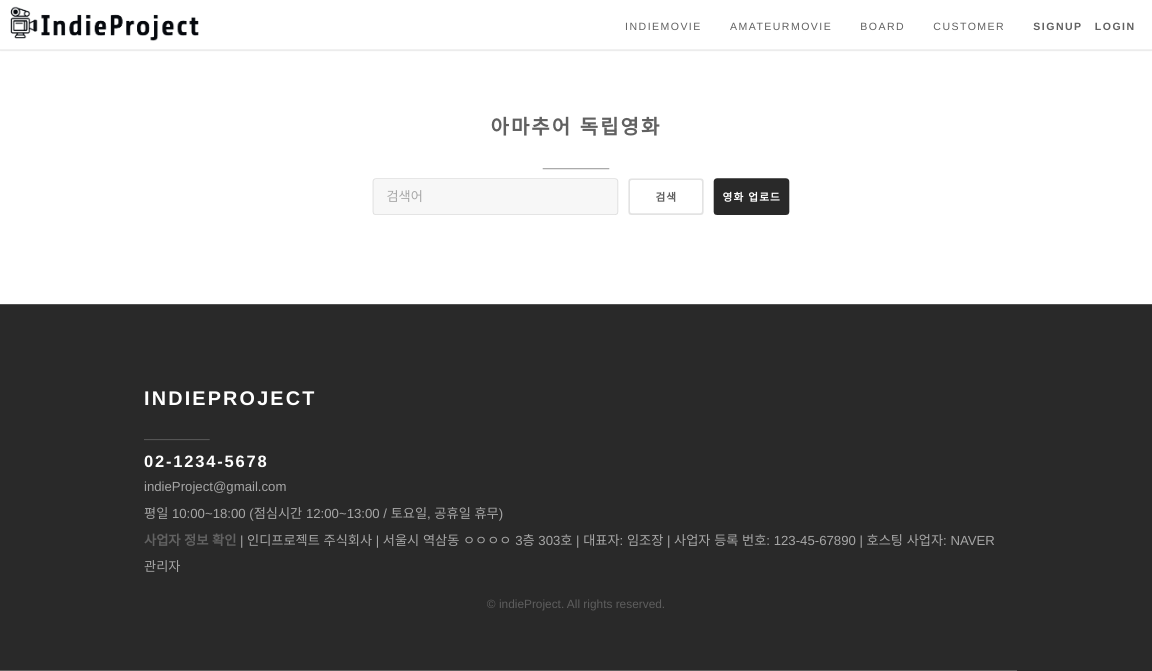
Repository: Heekng/indieProject
Page: http://localhost/indieProject/app/amaMovie/amaMovie.jsp
These files come from the project's save history. The page is drawn as it stood at one moment and after the next save; the edit follows.
The browser window is 1280 px wide. The pictures show the whole page, at 90% of full size.
Some web fonts or font styles are not loaded; a fallback is used. Some web libraries are served in a nearby version. The page is served by Tomcat 9. Other server files are loaded and not shown. The template is opened directly, without the code that normally fills it, so the values that code supplies are empty.

Above is the page before, as saved 2021-04-14 05:18:06.
Console error: SyntaxError: Unexpected token ';'

### indieProject/WebContent/app/amaMovie/amaMovie.jsp
<%@ page language="java" contentType="text/html; charset=UTF-8"
	pageEncoding="UTF-8"%>
<%@ taglib uri="http://java.sun.com/jsp/jstl/core" prefix="c" %>
<%@ taglib uri="http://java.sun.com/jsp/jstl/functions" prefix="fn" %>
<!DOCTYPE html>
<!--
	Gravity by Pixelarity
	pixelarity.com | hello@pixelarity.com
	License: pixelarity.com/license
-->
<html>
<head>
<title>indieProject</title>
<meta charset="utf-8" />
<meta name="viewport"
	content="width=device-width, initial-scale=1, user-scalable=no" />
<link rel="stylesheet" href="${pageContext.request.contextPath}/assets/css/main.css" />
</head>
<!-- 슬라이드 css -->
<link rel="stylesheet"
	href="https://unpkg.com/swiper@6.5.0/swiper-bundle.min.css">
<link rel="stylesheet"
	href="${pageContext.request.contextPath}/assets/css/amaMovie.css">
<body class="is-preload">
	<script>
		var movieJson = ${movieJson};
		var contextPath = "${pageContext.request.contextPath}";
	</script>
	<!-- Header -->
	<jsp:include page="${pageContext.request.contextPath}/../header.jsp" />

	<!-- Main -->
	<section id="main">
		<div class="container">
			<header class="major">
				<h2>아마추어 독립영화</h2>
			</header>

			<!-- 검색창 -->
			<form method="post" action="#">
				<div class="row gtr-uniform gtr-50">
					<div class="row gtr-uniform gtr-50 searchZone">
						<div class="col-6 col-12-small oneLine2">
							<input type="text" name="name" id="name" value=""
								placeholder="검색어" />
						</div>
						<div class="col-3 col-6-large col-12-medium searchBtn">
							<ul class="actions stacked">
								<li><a href="#" class="button alt small fit">검색</a></li>
							</ul>
						</div>
						<div class="col-3 col-6-large col-12-medium searchBtn">
							<ul class="actions stacked">
								<li><a href="${pageContext.request.contextPath}/amaMovie/movieWrite.ama" style="padding:0 0;" class="button  small fit">영화 업로드</a></li>
							</ul>
						</div>
					</div>
				</div>
			</form>
			<!-- Content -->
			<section id="content">
				<!-- 영화리스트 이미지 출력 -->
				<div class="row">

				</div>
				<!-- 포스터 이미지 출력 -->
				<!-- <div class="box alt">
					<div style="text-align: left;">
						<b style="font-size:2em;">장르1</b>
					</div>
					<div class="row gtr-50 gtr-uniform"></div>
				</div>
				<div class="swiper-container">
					<div class="swiper-wrapper">

						<div class="swiper-slide">
							<div class="col-poster">
								<div class="image fit posterTag" style="margin-bottom: 4px;">
									<img src="${pageContext.request.contextPath}/images/testImage.jpg" alt=""
										style="border-radius: 10px;" />
									<div id="detailText"
										style="padding: 5px; display: none; position: absolute; top: 0; left: 0; bottom: 0; right: 0; color: white; background-color: rgba(0, 0, 0, 0.69); border-radius: 10px;">
										<div style="height: 65%; text-overflow: ellipsis; line-height: initial; overflow: hidden; font-size: 0.8em; margin: 10px;">
											인피니티워 이후 절반만 살아남은 지구마지막 희망이 된 어벤져스 먼저 떠난 그들을 위해 모든 것을 걸었다! 위대한 어벤져스운명을 바꿀 최후의 전쟁이 펼쳐진다!
										</div>
										<a class="button primary small" href="${pageContext.request.contextPath}/amaMovie/AmaMovieDetail.ama?amaNum=4"
											style="position: absolute; left: 16px; right: 16px; bottom: 16px; height: 38px; line-height: 38px; padding: 0 0;">
											상세보기 <img alt="" src="" title="영화제목">
										</a>
									</div>
								</div>
								<span><strong style="font-size:0.8em;">어벤저스 엔드게임1</strong></span>
							</div>
						</div>

					</div>
					<div class="swiper-button-prev leftBtn moveBtn"></div>
					<div class="swiper-button-next rightBtn moveBtn"></div>
				</div> -->
			</section>
		</div>
	</section>

	<!-- Footer -->
	<jsp:include page="${pageContext.request.contextPath}/../footer.jsp" />

	<!-- Scripts -->
	<script src="//code.jquery.com/jquery-3.5.1.min.js"></script>
	<script src="${pageContext.request.contextPath}/assets/js/jquery.min.js"></script>
	<script src="${pageContext.request.contextPath}/assets/js/jquery.dropotron.min.js"></script>
	<script src="${pageContext.request.contextPath}/assets/js/jquery.poptrox.min.js"></script>
	<script src="${pageContext.request.contextPath}/assets/js/browser.min.js"></script>
	<script src="${pageContext.request.contextPath}/assets/js/breakpoints.min.js"></script>
	<script src="${pageContext.request.contextPath}/assets/js/util.js"></script>
	<script src="${pageContext.request.contextPath}/assets/js/main.js"></script>

	<!-- 슬라이드 js -->
	<script src="https://unpkg.com/swiper@6.5.0/swiper-bundle.min.js"></script>
	<script src="${pageContext.request.contextPath}/assets/js/amaMovie.js"></script>




</body>
</html>

### indieProject/WebContent/header.jsp
<%@ page language="java" contentType="text/html; charset=UTF-8"
    pageEncoding="UTF-8"%>
<%@ taglib uri="http://java.sun.com/jsp/jstl/core" prefix="c" %>
<%@ taglib uri="http://java.sun.com/jsp/jstl/functions" prefix="fn" %>
<!DOCTYPE html>
<html>
<head>
<meta charset="UTF-8">
<script src="${pageContext.request.contextPath}/assets/js/jquery.min.js"></script>
<script>var contextPath = "${pageContext.request.contextPath}";</script>
<title></title>
</head>
<style>
	#logoImage {
		width:233px;
	}
	@media screen and (max-width: 736px) {
		#logoImage {
			width:180px;
		}
	}
</style>
<body>
<c:if test="${session_id ne null}">
		   <script>
		         window.onload = function(){
		        	 var signUp = document.getElementById("signUp");
		             var logIn = document.getElementById("logIn");

		             signUp.href = contextPath + "/member/memberMyPage.me";
		             logIn.href = contextPath + "/member/MemberLogOutAction.me";

	            	var b1 = signUp.children;
	            	var b2 = logIn.children;

	            	b1[0].innerHTML = "MyPage";
	            	b2[0].innerHTML = "LogOut";

	            	console.log(b1);
	            	console.log(b2);

	         }
         </script>
		</c:if>
		<c:if test="${session_id eq null}">
			<script>
				window.onload = function(){

		       	 var signUp = document.getElementById("signUp");
		            var logIn = document.getElementById("logIn");

		            signUp.href = contextPath + "/member/SignUp.me";
		            logIn.href = contextPath + "/member/Login.me";

		       	var b1 = signUp.children;
		       	var b2 = logIn.children;

		       	b1[0].innerHTML = "SignUp";
		       	b2[0].innerHTML = "LogIn";

		        }
			</script>
		</c:if>
	<div id="header">
		<!-- <h1 id="logo"><a href="index.html">Gravity</a></h1> -->
		<div id="logo"><a href="${pageContext.request.contextPath}/index.jsp"><img id="logoImage" style="margin:0 auto;" src="${pageContext.request.contextPath}/images/logo_header.png" /></a></div>
		<nav id="nav">
			<ul>
				<li>
					<a href="${pageContext.request.contextPath}/proMovie/ProMovie.pro">IndieMovie</a>
				</li>
				<li>
					<a href="${pageContext.request.contextPath}/amaMovie/AmaMovie.ama">AmateurMovie</a>
					<%-- <ul>
						<li><a href="${pageContext.request.contextPath}/amaMovie/AmaMovie.ama">영화 조회</a></li>
						<li><a href="${pageContext.request.contextPath}/amaMovie/.ama"></a></li>
					</ul> --%>

				</li>
				<li><a href="${pageContext.request.contextPath}/board/Board.bo">Board</a></li>
				<li><a href="${pageContext.request.contextPath}/member/Customer.me">Customer</a></li>
				<li><a href="${pageContext.request.contextPath}/member/SignUp.me" id="signUp"><b>SignUp</b></a></li>
				<li style="margin-left:0.5rem;"><a href="${pageContext.request.contextPath}/member/Login.me" id="logIn"><b>Login</b></a></li>
			</ul>
		</nav>
	</div>
</body>
</html>

### indieProject/WebContent/footer.jsp
<%@ page language="java" contentType="text/html; charset=UTF-8"
    pageEncoding="UTF-8"%>
<!DOCTYPE html>
<html>
<head>
<meta charset="UTF-8">
<title></title>
</head>
<body>
	<div id="footer" style="position:relative;">
		<div class="container">
			<div class="row gtr-200 gtr-uniform">
				<section class="col-12">
					<header class="major">
						<h2>indieProject</h2>
					</header>
						<h3 style="margin:0 0;">02-1234-5678</h3>
						<p style="margin:0 0;">indieProject@gmail.com</p>
						<p style="margin:0 0;">평일 10:00~18:00 (점심시간 12:00~13:00 / 토요일, 공휴일 휴무)</p>
					<p style="margin:0 0;"><a href=""><b>사업자 정보 확인</b></a> | 인디프로젝트 주식회사 | 서울시 역삼동 ㅇㅇㅇㅇ 3층 303호 | 대표자: 임조장 | 사업자 등록 번호: 123-45-67890 | 호스팅 사업자: NAVER</p>
					<p style="margin:0 0;"><a href="${pageContext.request.contextPath}/manager/managerNoneRefunds.ma">관리자</a></p>
				</section>
			</div>
		</div>
		<div class="copyright" style="margin-top:1em;">
			&copy; indieProject. All rights reserved.
		</div>
	</div>
</body>
</html>

### indieProject/WebContent/assets/css/amaMovie.css
@charset "UTF-8";

.searchZone {
	width: 50%;
	margin-left: auto !important;
	margin-right: auto !important;
}

.major {
	margin-bottom:0 !important;
}

.oneLine2 {
	width: 60% !important;
}

.searchBtn {
	width: 20% !important;
}

.row>.col-poster {
	width: 16.66666%;
}

.pagingTable {
	width: 50%;
}

@media screen and (max-width: 980px) {
	.searchZone {
		width: 80%;
	}

}
@media screen and (max-width: 736px) {
	.searchZone {
		width: 100%;
	}
	.oneLine1 {
		width: 100% !important;
	}
	.oneLine2 {
		width: 100% !important;
	}
	.searchBtn {
		width: 100% !important;
	}
	.row>.col-poster {
		width: 33.33333%;
	}
	.pagingTable {
		width: 100%;
	}
}
@media screen and (max-width: 480px) {
	ul {
		width: 80%;
	}
	.choiceBtn {
		width:32%;
	}
	iframe {
		max-width: 330px !important;
	}
}

.swiper-container {
	width: 100%;
	height: 100%;
}

.swiper-slide {
	text-align: center;
	font-size: 18px;
	background: #fff;
	/* Center slide text vertically */
	display: -webkit-box;
	display: -ms-flexbox;
	display: -webkit-flex;
	display: flex;
	-webkit-box-pack: center;
	-ms-flex-pack: center;
	-webkit-justify-content: center;
	justify-content: center;
	-webkit-box-align: center;
	-ms-flex-align: center;
	-webkit-align-items: center;
	align-items: center;
}

.leftBtn {
	background-color: rgb(0 0 0/ 5%);
	height: 100%;
	top: 0;
	color: white;
	left: 0;
}

.rightBtn {
	background-color: rgb(0 0 0/ 5%);
	height: 100%;
	top: 0;
	color: white;
	right: 0;
}

.btnMouseOver {
	background-color: rgb(0 0 0/ 43%);
}

.poptrox-popup .closer:before {
	right: 0px !important;
	top: 0px !important;
	z-index:9999 !important;
}
.poptrox-popup .closer {
	z-index: 9999;
	border-radius: 20px;
	right: 0px !important;
}
.poptrox-popup {
	top:25px;
	padding-bottom:0 !important;
}
.caption {
	display:none !important;
}

Loaded but not shown: indieProject/WebContent/assets/js/jquery.min.js (library); indieProject/WebContent/assets/js/jquery.dropotron.min.js (library); indieProject/WebContent/assets/js/jquery.poptrox.min.js (library); indieProject/WebContent/assets/js/browser.min.js (common file); indieProject/WebContent/assets/js/breakpoints.min.js (common file); indieProject/WebContent/assets/js/util.js (587 lines, source omitted); indieProject/WebContent/assets/js/amaMovie.js (110 lines, source omitted); indieProject/WebContent/assets/css/main.css (3737 lines, source omitted); indieProject/WebContent/assets/js/main.js (no copy from this time; the picture is the same without it)

After the next save:
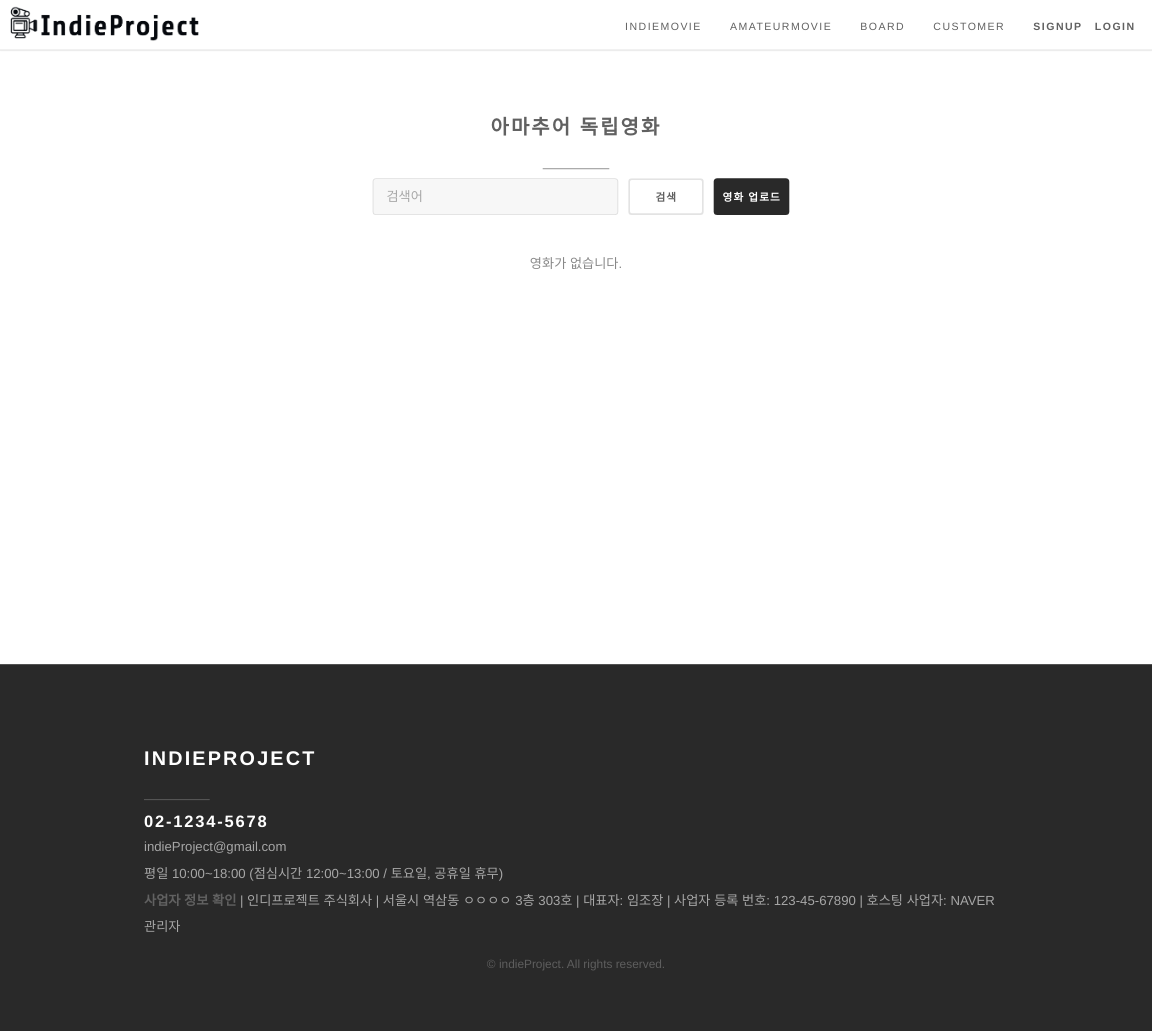
Saved 40 s later.
--- a/indieProject/WebContent/app/amaMovie/amaMovie.jsp
+++ b/indieProject/WebContent/app/amaMovie/amaMovie.jsp
@@ -61,7 +61,11 @@
 			<section id="content">
 				<!-- 영화리스트 이미지 출력 -->
 				<div class="row">
-
+					<div style="height:400px; margin:0 auto;">
+						<p>
+							영화가 없습니다.
+						</p>
+					</div>
 				</div>
 				<!-- 포스터 이미지 출력 -->
 				<!-- <div class="box alt">
